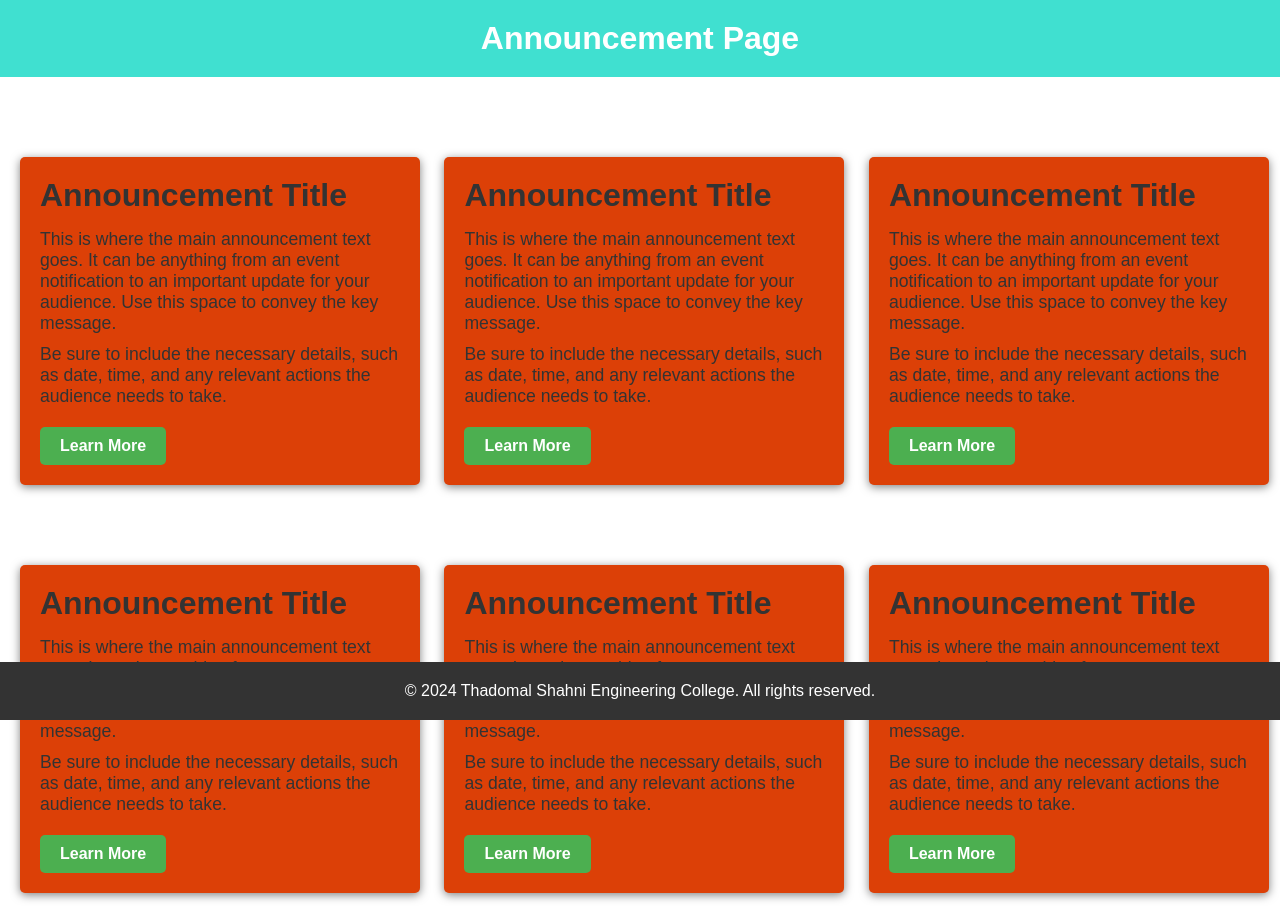
Repository: TejasS1233/MINITHON-hackathon-project
Page: annoucementpage.html
An editor plug-in stored every save of this project. The page is shown before and after the next save, followed by the edit.
The browser window is 1280 px wide. The pictures show the whole page.

Above is the page before, as saved 2024-09-20 09:15:37.

### annoucementpage.html
<!DOCTYPE html>
<html lang="en">
<head>
    <meta charset="UTF-8">
    <meta name="viewport" content="width=device-width, initial-scale=1.0">
    <meta http-equiv="X-UA-Compatible" content="ie=edge">
    <title>Announcement Page</title>
    <link rel="stylesheet" href="styles.css">
</head>
<body>

    <div class = "announcement-heading">
        <h1>Announcement Page</h1>
    </div>

    <div class="announcement">
        <h2>Announcement Title</h2>
        <p>
            This is where the main announcement text goes. It can be anything from an event notification to
            an important update for your audience. Use this space to convey the key message.
        </p>
        <p>
            Be sure to include the necessary details, such as date, time, and any relevant actions the
            audience needs to take.
        </p>
        <a href="#" class="cta-button">Learn More</a>
    </div>
    <div class="announcement">
        <h2>Announcement Title</h2>
        <p>
            This is where the main announcement text goes. It can be anything from an event notification to
            an important update for your audience. Use this space to convey the key message.
        </p>
        <p>
            Be sure to include the necessary details, such as date, time, and any relevant actions the
            audience needs to take.
        </p>
        <a href="#" class="cta-button">Learn More</a>
    </div>
    <div class="announcement">
        <h2>Announcement Title</h2>
        <p>
            This is where the main announcement text goes. It can be anything from an event notification to
            an important update for your audience. Use this space to convey the key message.
        </p>
        <p>
            Be sure to include the necessary details, such as date, time, and any relevant actions the
            audience needs to take.
        </p>
        <a href="#" class="cta-button">Learn More</a>
    </div>
    <div class="announcement">
        <h2>Announcement Title</h2>
        <p>
            This is where the main announcement text goes. It can be anything from an event notification to
            an important update for your audience. Use this space to convey the key message.
        </p>
        <p>
            Be sure to include the necessary details, such as date, time, and any relevant actions the
            audience needs to take.
        </p>
        <a href="#" class="cta-button">Learn More</a>
    </div>
    <div class="announcement">
        <h2>Announcement Title</h2>
        <p>
            This is where the main announcement text goes. It can be anything from an event notification to
            an important update for your audience. Use this space to convey the key message.
        </p>
        <p>
            Be sure to include the necessary details, such as date, time, and any relevant actions the
            audience needs to take.
        </p>
        <a href="#" class="cta-button">Learn More</a>
    </div>
    <div class="announcement">
        <h2>Announcement Title</h2>
        <p>
            This is where the main announcement text goes. It can be anything from an event notification to
            an important update for your audience. Use this space to convey the key message.
        </p>
        <p>
            Be sure to include the necessary details, such as date, time, and any relevant actions the
            audience needs to take.
        </p>
        <a href="#" class="cta-button">Learn More</a>
    </div>

    <footer>
        <p> &copy; 2024 Thadomal Shahni Engineering College. All rights reserved.</p>
    </footer>
</body>
</html>

### styles.css
* {
    margin: 0;
    padding: 0;
    box-sizing: border-box;
}

body {
    font-family: 'Arial', sans-serif;
    background-color: white;
    color: #333;
}


.announcement-heading {
    background-color: turquoise;
    color: white;
    padding: 20px 0;
    text-align: center;
    margin-bottom: 20px;
}

.announcement {
    background-color: rgb(220, 64, 7);
    padding: 20px;
    border-radius: 5px;
    box-shadow: 0 2px 10px rgba(0, 0, 0, 0.5);
    margin-top: 60px;
    margin-bottom: 20px;
    margin-left: 20px;
    max-width: 400px;
    display: inline-block;
    position: relative;
}

.announcement h2 {
    font-size: 2em;
    margin-bottom: 15px;
}

.announcement p {
    margin-bottom: 10px;
    font-size: 1.1em;
}

.cta-button {
    display: inline-block;
    background-color: #4CAF50;
    color: white;
    padding: 10px 20px;
    text-decoration: none;
    border-radius: 5px;
    margin-top: 10px;
    font-weight: bold;
    transition: background-color 1s;
}

.cta-button:hover {
    background-color: #45a049;
    cursor: pointer;
}


footer {
    text-align: center;
    padding: 20px 0;
    background-color: #333;
    color: white;
    position: fixed;
    width: 100%;
    bottom: 0;
}

After the next save:
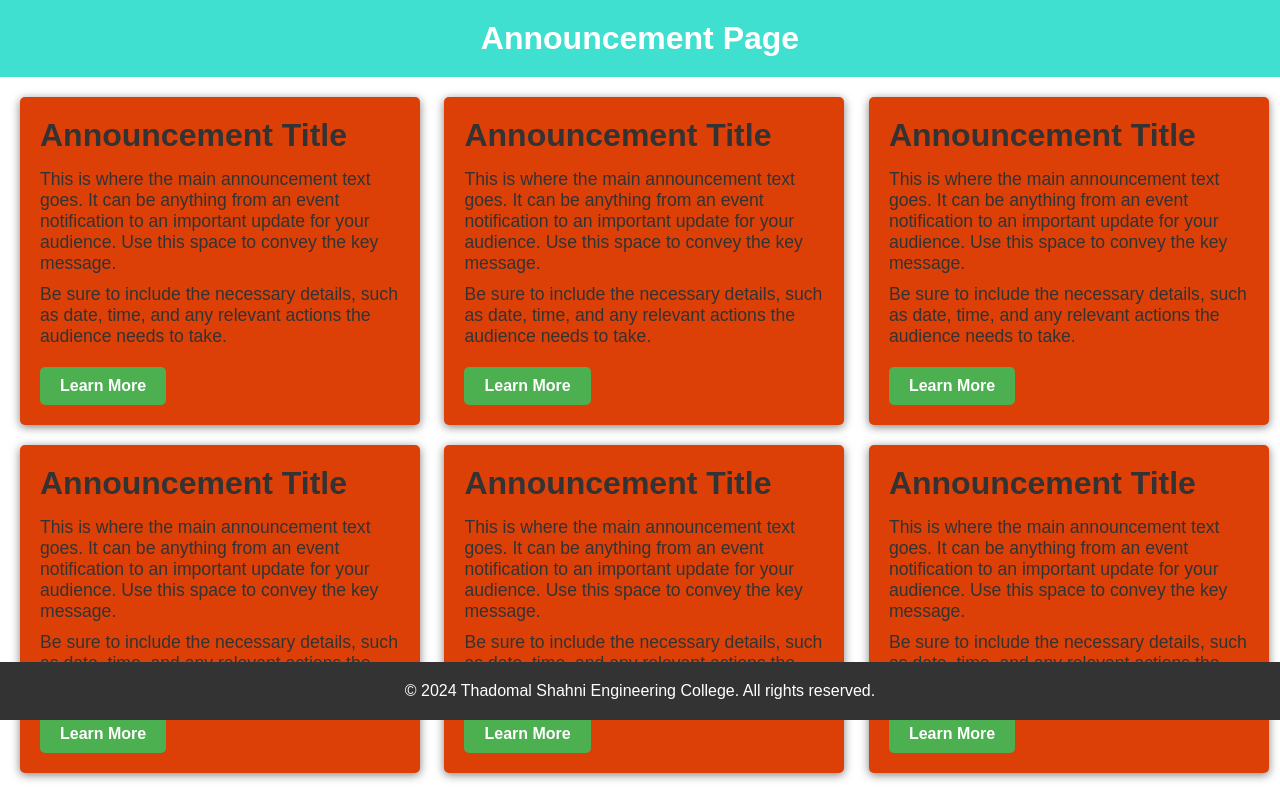
Saved 1 s later.
--- a/styles.css
+++ b/styles.css
@@ -24,7 +24,6 @@ body {
     padding: 20px;
     border-radius: 5px;
     box-shadow: 0 2px 10px rgba(0, 0, 0, 0.5);
-    margin-top: 60px;
     margin-bottom: 20px;
     margin-left: 20px;
     max-width: 400px;
